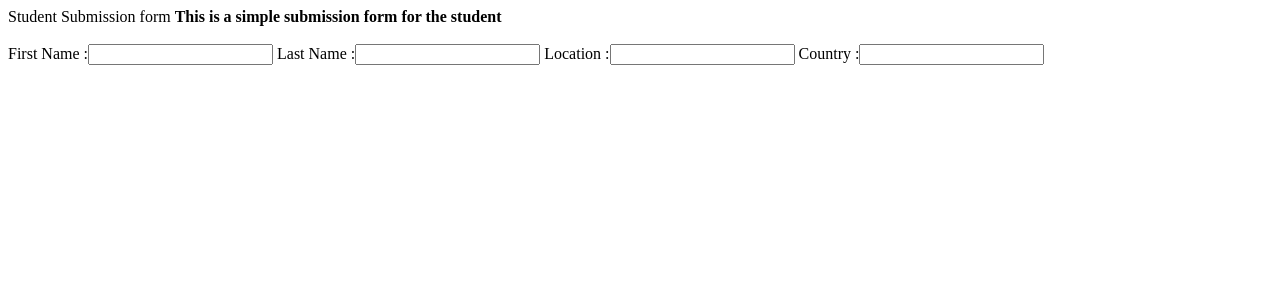
Repository: mdmyr/SpringFrameWorkout
Page: http://localhost/Spring-mvc-DropDownlist/WEB-INF/view/StudentValidationForm.jsp
An editor plug-in stored every save of this project. The page is shown before and after a run of saves, followed by the edit.
The browser window is 1280 px wide. The pictures show the whole page.
The page is served by Tomcat 9. Nobody is signed in. The template is opened directly, without the code that normally fills it, so the values that code supplies are empty.

Above is the page before, as saved 2020-12-08 17:15:06.

After the next 2 saves:
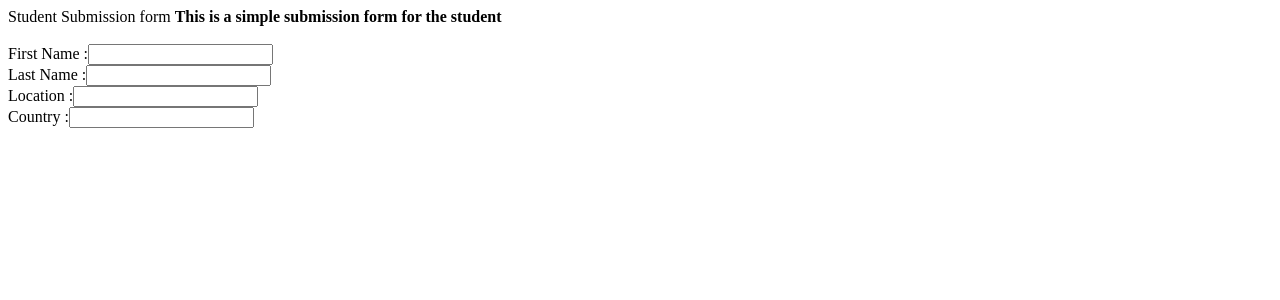
The 2 saves are shown as one change because they came seconds apart.
The last was saved 26 min 23 s later.
--- a/Spring-mvc-DropDownlist/WebContent/WEB-INF/view/StudentValidationForm.jsp
+++ b/Spring-mvc-DropDownlist/WebContent/WEB-INF/view/StudentValidationForm.jsp
@@ -14,9 +14,9 @@
 
  <form:form action="/form/ProcessStudentform" methodParam="Student">
  <br>
- First Name :<form:input path=""/>
- Last Name  :<form:input path=""/>
- Location   :<form:input path=""/>
+ First Name :<form:input path=""/><br>
+ Last Name  :<form:input path=""/><br>
+ Location   :<form:input path=""/><br>
  Country    :<form:input path=""/>
 
 </form:form>
